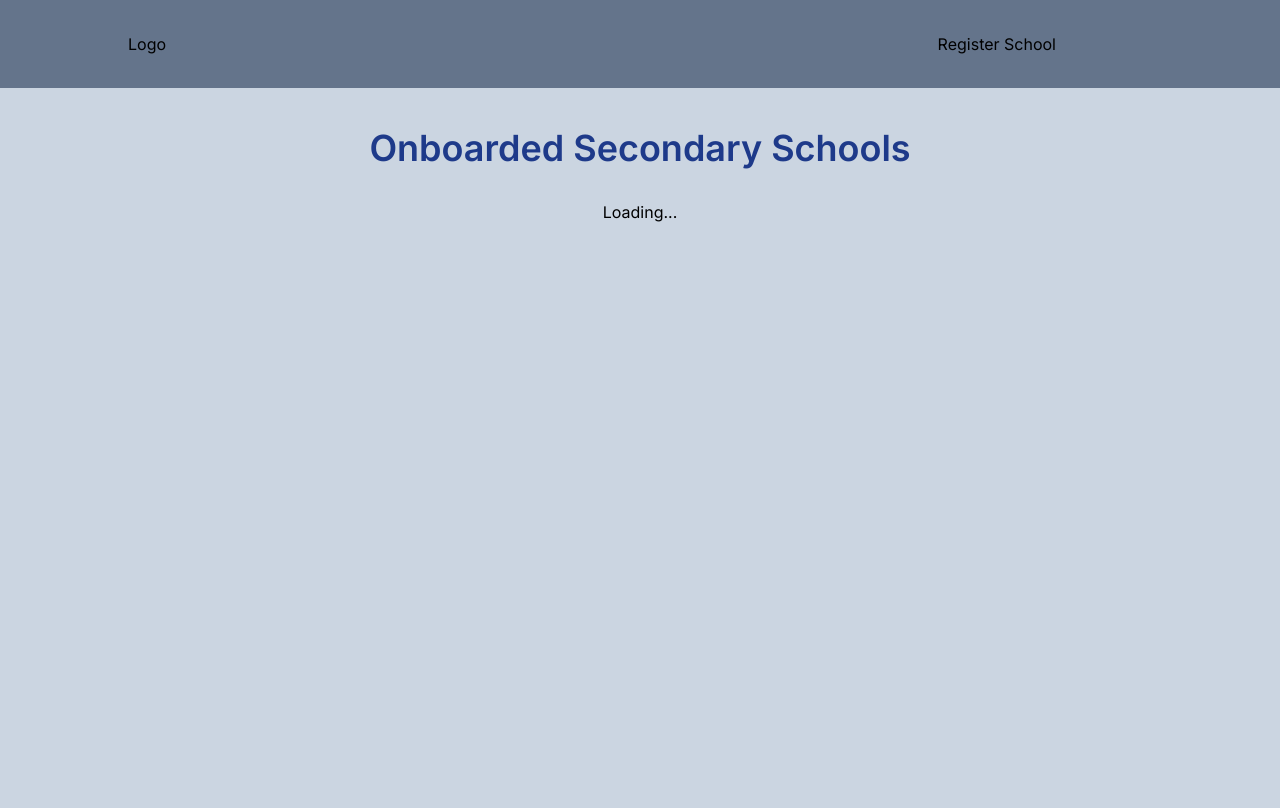
Repository: marcusdashe/fullstack-ts
Page: /
An editor plug-in stored every save of this project. The page is shown before and after the next save, followed by the edit.
The browser window is 1280 px wide. The pictures show the whole page.
The page's requests for data from a server got no answer. The project was rebuilt for these pictures with package versions that can differ from the ones it lists, and the page was loaded fresh each time. The framework's server and built-in components were replaced by stand-ins that run in the browser. No one was signed in, and anything a server would have sent is missing. Also part of the build but not shown: next.config.js, app/components/SchoolCard.tsx.

Above is the page before, as saved 2023-07-28 09:51:46.

After the next save:
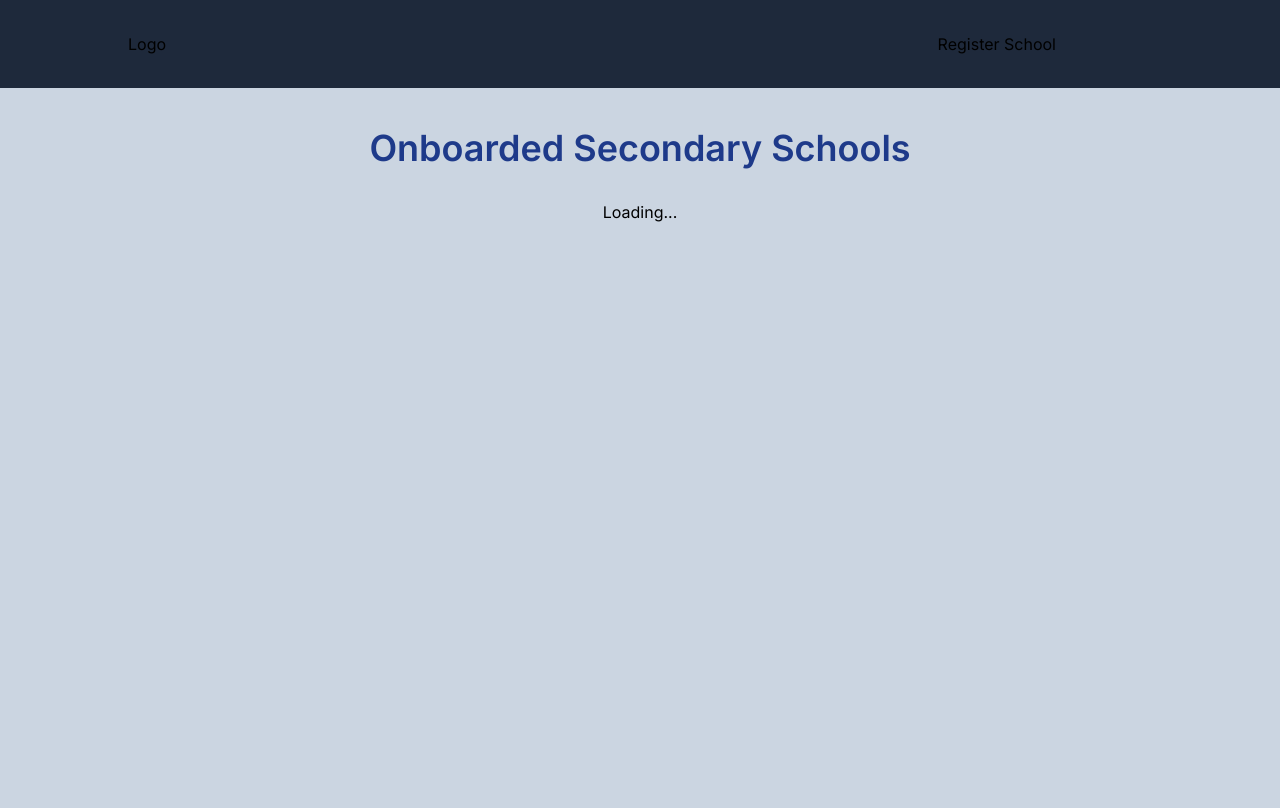
Saved 11 s later.
--- a/app/components/NavBar.tsx
+++ b/app/components/NavBar.tsx
@@ -34,7 +34,7 @@ const Navbar: React.FC = () => {
   return (
     <header
       className="w-full px-32 py-8 font-medium
-            flex items-center justify-between sticky top-0 z-10 bg-slate-500"
+            flex items-center justify-between sticky top-0 z-10 bg-slate-800"
     >
       <nav>
         <CustomLink href="/" title="Logo" className="mr-4" />
